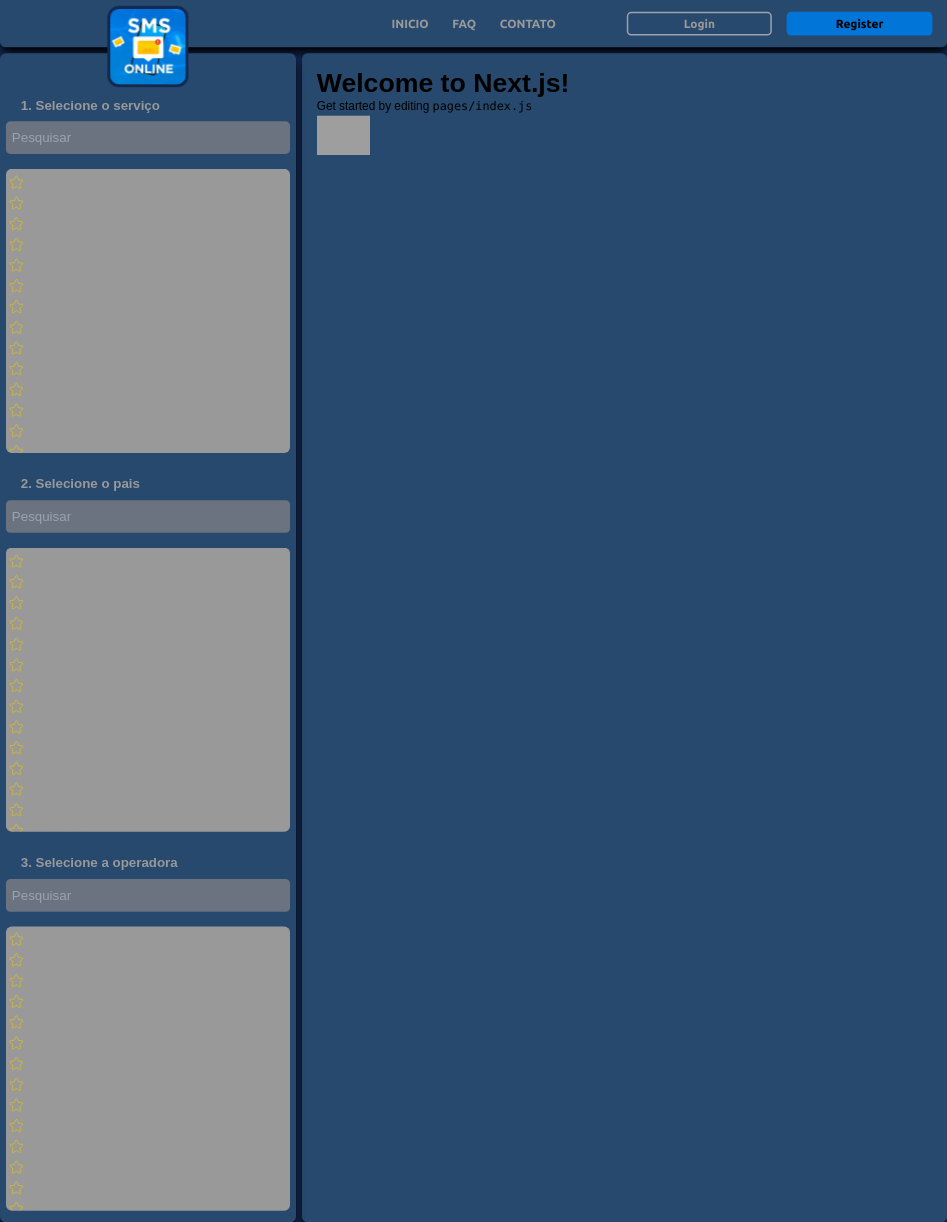
Repository: Felipe-Henrique-Dev/-DIOGO-SMS
Page: /
The author's editor kept a copy of each file at every save. The page is drawn from the files as they stood at one save, then again after the next save.
The browser window is 1280 px wide. The pictures show the whole page, at 74% of full size.
Pictures or frames that could not be fetched are drawn as grey boxes. The project was rebuilt for these pictures with package versions that can differ from the ones it lists, and the page was loaded fresh each time. The framework's server and built-in components were replaced by stand-ins that run in the browser. Also part of the build but not shown: next.config.ts.

Above is the page before, as saved 2024-12-16 22:44:05.

### src/app/layout.tsx
import type { Metadata } from "next";
import "./globals.css";
import Header from "@/components/main/Header";
import Main from "@/components/main/Main";
import WebApp from "@/components/main/WebApp";



export const metadata: Metadata = {
  title: "Create Next App",
  description: "Generated by create next app",
};

export default function RootLayout({
  children,
}: Readonly<{
  children: React.ReactNode;
}>) {
  return (
    <html lang="pt-br">
      <body className={`antialiased`}>
        <Header />
        <Main>
          <WebApp />
          {children}
        </Main>
      </body>
    </html>
  );
}

### src/app/page.tsx
import Section from "@/components/main/Section";
import Image from "next/image";

export default function Home() {
  return (
    <Section>
      <h1 className="text-4xl font-bold text-center">Welcome to Next.js!</h1>
      <p className="text-center">
        Get started by editing <code>pages/index.js</code>
      </p>
      <Image
        src="/vercel.svg"
        alt="Vercel Logo"
        width={72}
        height={16}
      />
    </Section>
  );
}

### src/app/globals.css
@import url('https://fonts.googleapis.com/css2?family=Ubuntu:wght@500;700&display=swap');
@tailwind base;
@tailwind components;
@tailwind utilities;


:root {
  --background: hsl(220, 60%, 20%);
  --background-secondary: hsl(211, 47%, 29%);
  --tertiary: hsl(0, 0%, 60%);
  --primary_text: hsl(0, 0%, 100%);
  --foreground: #171717;
  --color-primary: #000;
  --color-secondary: hsl(208, 98%, 43%);
}


body {
  color: var(--tertiary);
  background: var(--background);
  font-family: Arial, Helvetica, sans-serif;
}

::-webkit-scrollbar {
  width: 8px;
  height: 10px;
}

::-webkit-scrollbar-track {
  background-color: var(--background);
}

::-webkit-scrollbar-thumb {
  background: var(--color-secondary);
  border-radius: 10px;
}

::-webkit-scrollbar-thumb:hover {
  background-color: var(--color-highlight-hover);
}

### src/components/main/Header.tsx
import React from "react";
import { Button } from "./Button";


export default function Header() {
  return (
    <header className="h-16 bg-background_secondary shadow-lg shadow-black max-w-screen-2xl m-auto top-0 items-center justify-between  flex rounded-b-lg px-5 z-[99] ">
        <span className="text-white text-lg w-1/3 font-bold"></span>
        <nav className="flex gap-8 uppercase font-bold font-ubuntu ">
            <a href="#" className="">Inicio</a>
            <a href="#" className="">FAQ</a>
            <a href="#" className="">Contato</a>
        </nav>
        <div className="container flex justify-between items-center w-1/3 gap-5">
            <Button type="button" size="sm" className="text-tertiary" isLoading={false} bgColor="none">Login</Button>
            <Button type="button" size="sm" isLoading={false} bgColor="primary">
                Register
            </Button>
        </div>
    </header>
  );
}

### src/components/main/Main.tsx
import React from "react";

export default function Main({
  children,
}: Readonly<{
  children: React.ReactNode;
}>) {
  return (
    <main className="container max-w-screen-2xl mx-auto flex pt-2 gap-2 ">
      {children}
    </main>
  );
}

### src/components/main/WebApp.tsx
'use client'
import React from "react";
import { Input } from "./Input";
import { useForm } from "react-hook-form"
import Image from "next/image";
export default function WebApp() {
  const [selectService, setSelectService] = React.useState<{ title: string; valor: number; numberDispobilize: number; id: string } | null>(null);
  const [selectCountry, setSelectCountry] = React.useState<{ title: string; valor: number; numberDispobilize: number; id: string } | null>(null);
  const [selectOperator, setSelectOperator] = React.useState<{ title: string; valor: number; numberDispobilize: number; id: string } | null>(null);

  return (
    <aside className="min-w-[25rem] min-h-[90svh] shadow-lg shadow-black bg-background_secondary text-pri sticky left-0 top-[4.5rem] rounded-lg flex flex-col p-2 gap-5  pt-14 z-[999]">
      <Image src="/logo.webp" alt="Logo" width={110} height={110} className="rounded-2xl absolute -top-16 transform -translate-x-1/2 left-1/2 z-[99] border-4 border-background " />
      <Container subTitle="1. Selecione o serviço" list={list} select={selectService} setSelect={setSelectService} />
      <Container subTitle="2. Selecione o pais" list={list} select={selectCountry} setSelect={setSelectCountry} />
      <Container subTitle="3. Selecione a operadora" list={list} select={selectOperator} setSelect={setSelectOperator} />
    </aside>
  );
}


const Container = ({
  list,
  subTitle,
  select,
  setSelect
}: {
  subTitle: string;
  select?: { title: string; valor: number; numberDispobilize: number; id: string } | null;
  setSelect: React.Dispatch<React.SetStateAction<{ title: string; valor: number; numberDispobilize: number; id: string } | null>>;
  list: { title: string; valor: number; numberDispobilize: number; id: string }[];
}) => {
  const { register, watch } = useForm();
  const filter = (watch("filter") || "").toLowerCase();
  const [favorites, setFavorites] = React.useState<string[]>([]);
  const [loading, setLoading] = React.useState<boolean>(true);

  React.useEffect(() => {
    const storedFavorites = JSON.parse(localStorage.getItem("favorites") || "[]");
    setFavorites(storedFavorites);
    setLoading(false);
  }, []);

  const setFavoriteInStorage = (item: string) => {
    const newFavorites = favorites.includes(item)
      ? favorites.filter(favorite => favorite !== item)
      : [...favorites, item];

    setFavorites(newFavorites);
    localStorage.setItem("favorites", JSON.stringify(newFavorites));
  };

  // Primeiro filtrar e ordenar a lista antes do map
  const filteredAndSortedList = React.useMemo(() => {
    return list
      .filter(item => item.title.toLowerCase().includes(filter))
      .sort((a, b) => {
        const aFav = favorites.includes(a.id);
        const bFav = favorites.includes(b.id);
        if (aFav && !bFav) return -1;
        if (!aFav && bFav) return 1;
        return 0;
      });
  }, [list, filter, favorites]);

  if (loading) return <div>Carregando...</div>;

  return (
    <div className="flex flex-col gap-2  ">
      <span className="text-lg font-bold w-full text-start px-5">{subTitle}</span>
      {
        select ?
          <div className="flex w-full bg-slate-300 rounded-lg h-10 items-center justify-start px-5 gap-5 ">
            <button onClick={() => setSelect(null)} className="flex items-center justify-center gap-2 h-8 min-w-8 rounded-xl border-red-500 border-[1px] text-black">X</button>
            <span className="text-lg font-bold min-w-8 h-8 rounded-full text-center bg-white ">I</span>
            <span className="text-lg font-bold w-auto text-center">{select.title}</span>
          </div>
        :
        <>
          <Input type="text" placeholder="Pesquisar" size="lg" register={register("filter")} />
          <div className="h-96 bg-tertiary w-full my-2 overflow-x-auto scroll-smooth rounded-lg p-1 ">
            {filteredAndSortedList.map((item) => (
              <div className="w-full flex items-center justify-start gap-2" key={item.id}>
                <Stars
                  stars={favorites.includes(item.id)}
                  setFavorite={() => setFavoriteInStorage(item.id)}
                />
                <button className="flex flex-col" onClick={() => setSelect(item)}>
                  <span className="text-lg font-bold w-full text-center">{item.title}</span>
                </button>
              </div>
            ))}
          </div>
        </>
      }
    </div>
  );
};



const list = [
  {
    id: "1",
    title: "Serviço 1",
    valor: 10.00,
    numberDispobilize: 6000,
  },
  {
    id: "2",
    title: "Serviço 2",
    valor: 20.00,
    numberDispobilize: 5000,
  },
  {
    id: "3",
    title: "Serviço 3",
    valor: 30.00,
    numberDispobilize: 4000,
  },
  {
    id: "4",
    title: "Serviço 4",
    valor: 40.00,
    numberDispobilize: 3000,
  },
  {
    id: "5",
    title: "Serviço 5",
    valor: 50.00,
    numberDispobilize: 2000,
  },
  {
    id: "6",
    title: "Serviço 6",
    valor: 60.00,
    numberDispobilize: 1000,
  },
  {
    id: "7",
    title: "Serviço 7",
    valor: 70.00,
    numberDispobilize: 900,
  },
  {
    id: "8",
    title: "Serviço 8",
    valor: 80.00,
    numberDispobilize: 800,
  },
  {
    id: "9",
    title: "Serviço 9",
    valor: 90.00,
    numberDispobilize: 700,
  },
  {
    id: "10",
    title: "Serviço 10",
    valor: 100.00,
    numberDispobilize: 600,
  },
  {
    id: "11",
    title: "Serviço 11",
    valor: 110.00,
    numberDispobilize: 500,
  },
  {
    id: "12",
    title: "Serviço 12",
    valor: 120.00,
    numberDispobilize: 400,
  },
  {
    id: "13",
    title: "Serviço 13",
    valor: 130.00,
    numberDispobilize: 300,
  },
  {
    id: "14",
    title: "Serviço 14",
    valor: 140.00,
    numberDispobilize: 200,
  },
  {
    id: "15",
    title: "Serviço 15",
    valor: 150.00,
    numberDispobilize: 100,
  }
];

const Stars = ({stars, setFavorite} : {stars: boolean, setFavorite: () => void}) => {
  return (
      <>
          {
              !stars?
              <svg width="20" height="20" viewBox="0 0 13 12" fill="none" xmlns="http://www.w3.org/2000/svg" onClick={setFavorite} className="cursor-pointer" >
                  <path d="M6.49956 9.51326L9.26623 11.1866C9.77289 11.4933 10.3929 11.0399 10.2596 10.4666L9.52623 7.31992L11.9729 5.19993C12.4196 4.81326 12.1796 4.07993 11.5929 4.03326L8.37289 3.75993L7.11289 0.786592C6.88623 0.246592 6.11289 0.246592 5.88623 0.786592L4.62623 3.75326L1.40623 4.02659C0.81956 4.07326 0.57956 4.80659 1.02623 5.19326L3.47289 7.31326L2.73956 10.4599C2.60623 11.0333 3.22623 11.4866 3.73289 11.1799L6.49956 9.51326Z" fill="none" stroke="#EFC900" strokeWidth="0.5"/>
              </svg>
              :
              <svg width="20" height="20" viewBox="0 0 13 12" fill="none" xmlns="http://www.w3.org/2000/svg" onClick={setFavorite} className="cursor-pointer">
                  <path d="M6.49956 9.51326L9.26623 11.1866C9.77289 11.4933 10.3929 11.0399 10.2596 10.4666L9.52623 7.31992L11.9729 5.19993C12.4196 4.81326 12.1796 4.07993 11.5929 4.03326L8.37289 3.75993L7.11289 0.786592C6.88623 0.246592 6.11289 0.246592 5.88623 0.786592L4.62623 3.75326L1.40623 4.02659C0.81956 4.07326 0.57956 4.80659 1.02623 5.19326L3.47289 7.31326L2.73956 10.4599C2.60623 11.0333 3.22623 11.4866 3.73289 11.1799L6.49956 9.51326Z" fill="#EFC900"/>
              </svg>
          }
      </>
  );
}

### src/components/main/Section.tsx
import { cn } from "@/lib/utils";
import React from "react";

export default function Section({
  children,
  className
}: Readonly<{
  children: React.ReactNode;
  className?: string;
}>) {
  return (
    <section className={cn(
      "p-5 flex flex-col min-h-[90svh] bg-background_secondary w-full text-black items-start justify-start rounded-lg shadow-lg shadow-black",
      className
    )}>
      {children}
    </section>
  );
}

### src/components/main/Button.tsx
/* eslint-disable @typescript-eslint/no-explicit-any */
import { cn } from "@/lib/utils";
import React from "react";

export const Button = ({
    className,
    size = "md",
    onClick,
    children,
    type,
    isLoading,
    bgColor = "primary",
}:{
    type: 'button' | 'submit' | 'reset';
    onClick?: (event: React.MouseEvent<HTMLButtonElement>) => void;
    className?: string;
    children: React.ReactNode;
    size?: "sm" | "md" | "lg";
    isLoading: boolean;
    bgColor?: "primary" | "secondary" | "danger" | "none";
}) => {

    const sizes = {
        sm: "w-1/2 h-8 text-base",
        md: "w-3/4 h-10 text-lg",
        lg: "w-full h-14 text-xl",
    };

    const bgColors = {
        primary: "bg-secondary text-black",
        secondary: "bg-gray-500 text-white",
        danger: "bg-red-500 text-white",
        none: "bg-transparent text-black border-gray-400 border-2 "
    };

    return (
        <button
            type={type}
            onClick={onClick}
            className={cn(
                "p-2 rounded-md relative flex items-center justify-center font-bold font-ubuntu hover:scale-105 transition-transform duration-300",
                bgColors[bgColor],
                sizes[size],
                className
            )}
            disabled={isLoading}
        >
            {
                isLoading ? loading() : children
            }
        </button>
    );
}


const loading = () => {
    return (
        <div className="absolute inset-0 bg-gray-300 bg-opacity-50 flex items-center justify-center">
            <div className="animate-spin rounded-full h-12 w-12 border-t-2 border-b-2 border-gray-900"></div>
        </div>
    );
}

### src/components/main/Input.tsx
/* eslint-disable @typescript-eslint/no-unused-vars */
/* eslint-disable @typescript-eslint/no-explicit-any */
import { cn } from "@/lib/utils";
import React from "react";

export const Input = ({
    type,
    placeholder,
    classNameSpan,
    classNameLabel,
    classNameInput,
    label,
    size = "md",
    icon,
    register,
    bgColor = "secondary",
    labelIsHidden = false,
    name
}:{
    type: 'text' | 'password' | 'email';
    placeholder: string;
    classNameSpan?: string;
    classNameLabel?: string;
    classNameInput?: string;
    size?: "sm" | "md" | "lg";
    icon?: React.ReactNode;
    register?: any;
    label?: string;
    bgColor?: "primary" | "secondary" | "danger" | "none";
    labelIsHidden?: boolean;
    name?: string;
}) => {

    const sizes = {
        sm: "w-1/2 h-8 text-sm",
        md: "w-3/4 h-10 text-base",
        lg: "w-full h-12 text-lg",
    };

    const bgColors = {
        primary: "bg-blue-500 text-white",
        secondary: "bg-gray-500 text-white",
        danger: "bg-red-500 text-white",
        none: "bg-transparent text-black border-gray-300 border-2"
    };


    return (
        <span className={cn(
                "relative flex flex-col",
                sizes[size],
                classNameSpan,
        )}>
            {
                labelIsHidden &&
                <label className={cn(
                    classNameLabel
                )} >
                    {label}
                </label>
            }
            <input
                type={type}
                placeholder={placeholder}
                {...register}
                className={cn(
                    "p-2 rounded-md relative w-full",
                    classNameInput,
                    bgColors[bgColor]
                )}
            />
            {icon}
        </span>

    );
}

### tailwind.config.ts
import type { Config } from "tailwindcss";

export default {
  content: [
    "./src/pages/**/*.{js,ts,jsx,tsx,mdx}",
    "./src/components/**/*.{js,ts,jsx,tsx,mdx}",
    "./src/app/**/*.{js,ts,jsx,tsx,mdx}",
  ],
  theme: {
    extend: {
      colors: {
        background: "var(--background)",
        foreground: "var(--foreground)",
        background_secondary: "var(--background-secondary)",
        primary: "var(--primary)",
        secondary: "var(--color-secondary)",
        tertiary: "var(--tertiary)",

      },
      background : {
        background: "var(--background)",
        background_secondary: "var(--background-secondary)",
        foreground: "var(--foreground)",
      },
      fontFamily: {
        ubuntu: ["Ubuntu", "sans-serif"],
      },
    },
  },
  plugins: [],
} satisfies Config;


// .ubuntu-light {
//   font-family: "Ubuntu", sans-serif;
//   font-weight: 300;
//   font-style: normal;
// }

// .ubuntu-regular {
//   font-family: "Ubuntu", sans-serif;
//   font-weight: 400;
//   font-style: normal;
// }

// .ubuntu-medium {
//   font-family: "Ubuntu", sans-serif;
//   font-weight: 500;
//   font-style: normal;
// }

// .ubuntu-bold {
//   font-family: "Ubuntu", sans-serif;
//   font-weight: 700;
//   font-style: normal;
// }

// .ubuntu-light-italic {
//   font-family: "Ubuntu", sans-serif;
//   font-weight: 300;
//   font-style: italic;
// }

// .ubuntu-regular-italic {
//   font-family: "Ubuntu", sans-serif;
//   font-weight: 400;
//   font-style: italic;
// }

// .ubuntu-medium-italic {
//   font-family: "Ubuntu", sans-serif;
//   font-weight: 500;
//   font-style: italic;
// }

// .ubuntu-bold-italic {
//   font-family: "Ubuntu", sans-serif;
//   font-weight: 700;
//   font-style: italic;
// }

Loaded but not shown: src/lib/utils.ts (common file)

After the next save:
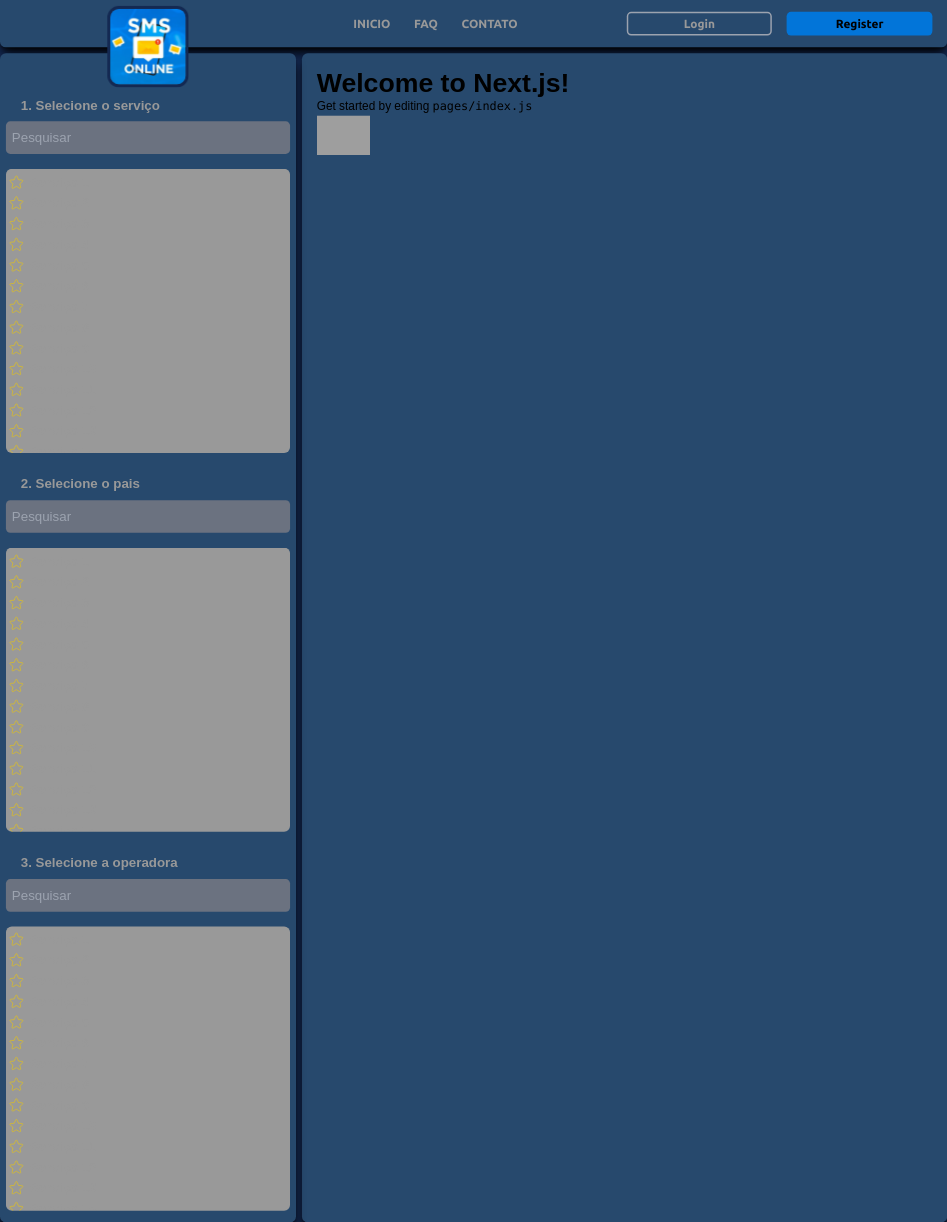
Saved 4 s later.
--- a/src/components/main/Header.tsx
+++ b/src/components/main/Header.tsx
@@ -5,7 +5,7 @@ import { Button } from "./Button";
 export default function Header() {
   return (
     <header className="h-16 bg-background_secondary shadow-lg shadow-black max-w-screen-2xl m-auto top-0 items-center justify-between  flex rounded-b-lg px-5 z-[99] ">
-        <span className="text-white text-lg w-1/3 font-bold"></span>
+        <span className="text-white text-lg w-1/4 font-bold"></span>
         <nav className="flex gap-8 uppercase font-bold font-ubuntu ">
             <a href="#" className="">Inicio</a>
             <a href="#" className="">FAQ</a>
